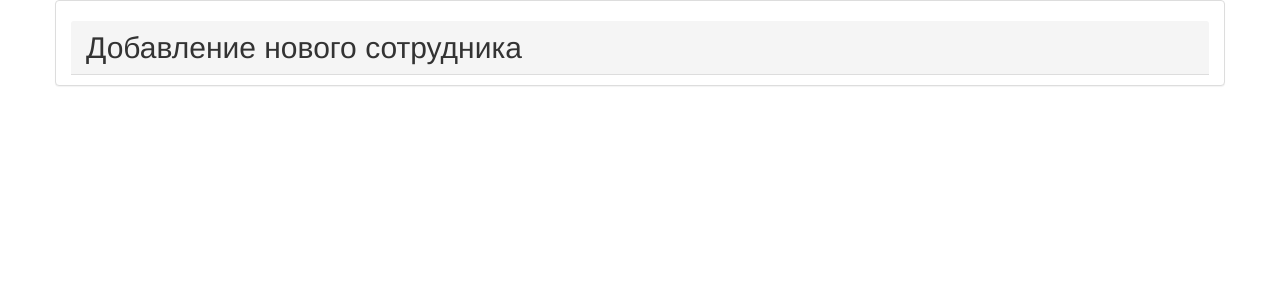
Repository: alexeyoknov/laravel-staff-project
Page: http://localhost/
An editor plug-in stored every save of this project. The page is shown before and after the next save, followed by the edit.
The browser window is 1280 px wide. The pictures show the whole page.
The page is served by the project's Laravel application, run on PHP 8.4 with Laravel 8. Queries for data that is not in the repository find no rows.

Above is the page before, as saved 2021-12-15 14:56:03.

After the next save:
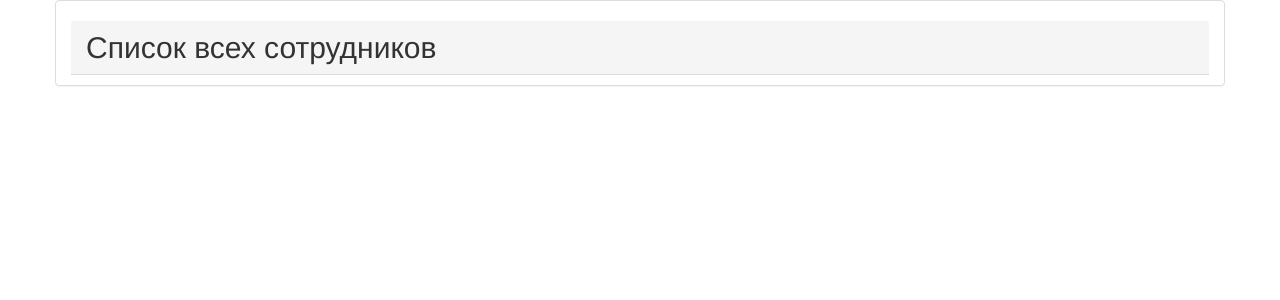
Saved 33 s later.
--- a/resources/views/staff.blade.php
+++ b/resources/views/staff.blade.php
@@ -8,7 +8,7 @@
 
 
 <div class="container panel panel-default ">
-<h2 class="panel-heading">Добавление нового сотрудника</h2>
+<h2 class="panel-heading">Список всех сотрудников</h2>
 <ul>
 @foreach($staffs as $staff)
 
